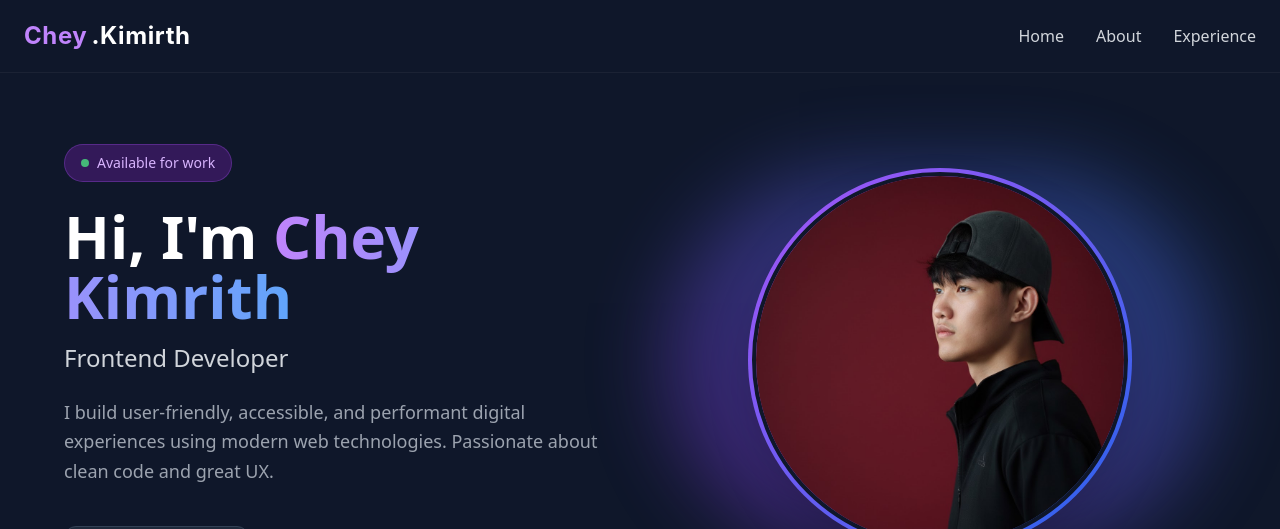
Repository: Kimrith/my-cv
Page: /
These files come from the project's save history. The page is drawn as it stood at one moment and after the next save; the edit follows.
The browser window is 1280 px wide. The pictures show the part of the page from y = 0 to 529 px (the page is 4190 px tall before and 3997 px after).
Pictures or frames that could not be fetched are drawn as grey boxes. Some web libraries are served in a nearby version. The project was rebuilt for these pictures with package versions that can differ from the ones it lists, and the page was loaded fresh each time. Also part of the build but not shown: vite.config.js, src/Layout/footer.jsx.

Above is the page before, as saved 2026-03-09 23:03:57.

### index.html
<!doctype html>
<html lang="en">
  <head>
    <meta charset="UTF-8" />
    <link rel="icon" type="image/svg+xml" href="/vite.svg" />
    <meta name="viewport" content="width=device-width, initial-scale=1.0" />
    <title>cv</title>
    <script src="https://cdn.tailwindcss.com"></script>
    <link rel="preconnect" href="https://fonts.googleapis.com" />
    <link rel="preconnect" href="https://fonts.gstatic.com" crossorigin />
    <link
      href="https://fonts.googleapis.com/css2?family=Poppins:wght@400;600;700&display=swap"
      rel="stylesheet"
    />
  </head>
  <body>
    <div id="root"></div>
    <script type="module" src="/src/main.jsx"></script>
  </body>
</html>

### src/main.jsx
import { StrictMode } from "react";
import { createRoot } from "react-dom/client";
import "./index.css";
import App from "./App.jsx";
import { BrowserRouter } from "react-router-dom";

createRoot(document.getElementById("root")).render(
  <StrictMode>
    <BrowserRouter>
      <App />
    </BrowserRouter>{" "}
  </StrictMode>,
);

### src/App.jsx
import React from "react";
import { Routes, Route } from "react-router-dom";
import Layout from "./Layout/layout";
import Home from "./Navigation/home";

export default function App() {
  return (
    <Routes>
      <Route path="/" element={<Layout />}></Route>
    </Routes>
  );
}

### src/Layout/layout.jsx
import React from "react";
import Home from "./home";
import Footer from "./footer";
import { Outlet } from "react-router-dom";

export default function Layout() {
  return (
    <div>
      <Home />
      <Outlet />
    </div>
  );
}

### src/Navigation/home.jsx
import me from "../assets/me.png";

export default function Homepage() {
  return (
    <section className="min-h-screen flex items-center justify-center px-4 py-12 relative overflow-hidden bg-slate-900">
      {/* Background Decor: Subtle purple glow */}
      <div className="absolute top-1/4 left-1/4 w-96 h-96 bg-purple-600/20 rounded-full blur-[120px] -z-10 pointer-events-none" />
      <div className="absolute bottom-1/4 right-1/4 w-96 h-96 bg-blue-600/10 rounded-full blur-[120px] -z-10 pointer-events-none" />

      <div className="max-w-6xl mx-auto grid md:grid-cols-2 gap-12 items-center">
        {/* Left Column: Text Content */}
        <div className="text-center md:text-left space-y-6 order-2 md:order-1">
          {/* Status Badge */}
          <div className="inline-flex items-center gap-2 px-4 py-2 rounded-full bg-purple-900/50 border border-purple-500/30 text-purple-300 text-sm font-medium mx-auto md:mx-0">
            <span className="w-2 h-2 rounded-full bg-green-400 animate-pulse"></span>
            Available for work
          </div>

          {/* Headline */}
          <div>
            <h1 className="text-4xl md:text-6xl font-bold text-white leading-tight">
              Hi, I'm{" "}
              <span className="text-transparent bg-clip-text bg-gradient-to-r from-purple-400 to-blue-400">
                Chey Kimrith
              </span>
            </h1>
            <p className="mt-4 text-xl md:text-2xl text-gray-300 font-light">
              Frontend Developer
            </p>
          </div>

          {/* Bio */}
          <p className="text-gray-400 text-lg leading-relaxed max-w-xl mx-auto md:mx-0">
            I build user-friendly, accessible, and performant digital
            experiences using modern web technologies. Passionate about clean
            code and great UX.
          </p>

          {/* Action Buttons */}
          <div className="flex flex-col sm:flex-row items-center justify-center md:justify-start gap-4 pt-4">
            <button className="w-full sm:w-auto px-8 py-3 bg-slate-800 hover:bg-slate-700 text-white font-semibold rounded-xl border border-slate-700 transition-all flex items-center justify-center gap-2">
              <svg
                xmlns="http://www.w3.org/2000/svg"
                className="h-5 w-5"
                fill="none"
                viewBox="0 0 24 24"
                stroke="currentColor"
              >
                <path
                  strokeLinecap="round"
                  strokeLinejoin="round"
                  strokeWidth={2}
                  d="M3 8l7.89 5.26a2 2 0 002.22 0L21 8M5 19h14a2 2 0 002-2V7a2 2 0 00-2-2H5a2 2 0 00-2 2v10a2 2 0 002 2z"
                />
              </svg>
              <a href="https://t.me/CheyKimrith" className="text-white">
                Contact Me
              </a>
            </button>
          </div>
        </div>

        {/* Right Column: Profile Image */}
        <div className="flex justify-center order-1 md:order-2 relative">
          {/* Decorative Ring */}
          <div className="absolute inset-0 bg-gradient-to-tr from-purple-600 to-blue-500 rounded-full blur-2xl opacity-30 animate-pulse"></div>

          <div className="relative w-72 h-72 md:w-96 md:h-96 rounded-full p-1 bg-gradient-to-br from-purple-500 to-blue-600 shadow-2xl">
            <img
              src={me}
              alt="Portrait of Chey Kimrith, Frontend Developer"
              className="w-full h-full rounded-full object-cover border-4 border-slate-900"
              loading="lazy"
            />
          </div>
        </div>
      </div>
    </section>
  );
}

### src/Layout/home.jsx
import React, { useState, useEffect } from "react";
import Homepage from "../Navigation/home";
import Aboutus from "../Navigation/aboutus";
import Experience from "../Navigation/exp";

// Simple SVG Icons
const MenuIcon = () => (
  <svg
    xmlns="http://www.w3.org/2000/svg"
    className="h-6 w-6"
    fill="none"
    viewBox="0 0 24 24"
    stroke="currentColor"
  >
    <path
      strokeLinecap="round"
      strokeLinejoin="round"
      strokeWidth={2}
      d="M4 6h16M4 12h16M4 18h16"
    />
  </svg>
);

const CloseIcon = () => (
  <svg
    xmlns="http://www.w3.org/2000/svg"
    className="h-6 w-6"
    fill="none"
    viewBox="0 0 24 24"
    stroke="currentColor"
  >
    <path
      strokeLinecap="round"
      strokeLinejoin="round"
      strokeWidth={2}
      d="M6 18L18 6M6 6l12 12"
    />
  </svg>
);

export default function Home() {
  const [isMenuOpen, setIsMenuOpen] = useState(false);
  const [isScrolled, setIsScrolled] = useState(false);

  // Handle scroll effect for navbar
  useEffect(() => {
    const handleScroll = () => {
      setIsScrolled(window.scrollY > 20);
    };
    window.addEventListener("scroll", handleScroll);
    return () => window.removeEventListener("scroll", handleScroll);
  }, []);

  // Smooth scroll handler
  const scrollToSection = (id) => {
    const element = document.getElementById(id);
    if (element) {
      element.scrollIntoView({ behavior: "smooth" });
      setIsMenuOpen(false);
    }
  };

  return (
    // Main Background: Dark Gray/Slate
    <div className="min-h-screen bg-slate-900 text-gray-100 font-sans selection:bg-purple-500 selection:text-white">
      {/* Navbar */}
      <nav
        className={`fixed w-full z-50 transition-all duration-300 border-b border-white/5 ${
          isScrolled
            ? "bg-slate-900/90 backdrop-blur-md shadow-lg py-3"
            : "bg-transparent py-5"
        }`}
      >
        <div className="max-w-7xl mx-auto px-6 flex items-center justify-between">
          {/* Logo */}
          <div
            style={{ fontFamily: "Inter, sans-serif" }}
            className="text-2xl font-bold cursor-pointer flex items-center gap-1 tracking-wide"
            onClick={() => scrollToSection("home")}
          >
            <span className="text-purple-400">Chey</span>
            <span className="text-white">.Kimirth</span>
          </div>

          {/* Desktop Menu */}
          <div className="hidden md:flex items-center gap-8">
            {["Home", "About", "Experience"].map((item) => (
              <button
                key={item}
                onClick={() => scrollToSection(item.toLowerCase())}
                className="text-gray-300 hover:text-purple-400 font-medium transition-colors duration-200"
              >
                {item}
              </button>
            ))}
          </div>

          {/* Mobile Menu Button */}
          <div className="md:hidden">
            <button
              onClick={() => setIsMenuOpen(!isMenuOpen)}
              className="text-gray-300 hover:text-white focus:outline-none"
              aria-label="Toggle menu"
            >
              {isMenuOpen ? <CloseIcon /> : <MenuIcon />}
            </button>
          </div>
        </div>

        {/* Mobile Dropdown - Dark Background */}
        {isMenuOpen && (
          <div className="md:hidden absolute top-full left-0 w-full bg-slate-800 border-b border-white/10 shadow-xl">
            <div className="flex flex-col p-6 gap-4">
              {["Home", "About", "Experience"].map((item) => (
                <button
                  key={item}
                  onClick={() => scrollToSection(item.toLowerCase())}
                  className="text-left text-gray-300 font-medium hover:text-purple-400 py-2 transition-colors"
                >
                  {item}
                </button>
              ))}
            </div>
          </div>
        )}
      </nav>

      {/* Page Content */}
      <main>
        <section id="home">
          {/* Optional: Background Glow Effect */}
          <div className="absolute top-1/2 left-1/2 -translate-x-1/2 -translate-y-1/2 w-[500px] h-[500px] bg-purple-600/20 rounded-full blur-[100px] -z-10 pointer-events-none"></div>

          <Homepage />
        </section>

        <section
          id="about"
          className="min-h-screen bg-slate-800/50 flex items-center justify-center border-t border-white/5"
        >
          <Aboutus />
        </section>

        <section
          id="experience"
          className="min-h-screen bg-slate-800/50 flex items-center justify-center border-t border-white/5"
        >
          <Experience />
        </section>
      </main>
    </div>
  );
}

### src/Navigation/aboutus.jsx
export default function Aboutus() {
  const aboutData = {
    personal: {
      name: "Chey Kimrith",
      bio: [
        {
          type: "paragraph",
          content: `Hi, I'm <span class="text-purple-400 font-medium">Chey Kimrith</span>, a Frontend Developer who loves building modern, responsive, and user-friendly web applications. I enjoy turning ideas into clean interfaces using React and Tailwind CSS.`,
        },
        {
          type: "paragraph",
          content: `I am a creative and motivated Frontend Web Developer with a
        strong foundation in web technologies. With 3 Months of
        experience at the <a href="https://www.interior.gov.kh/en"
        <span class="text-purple-400 font-medium
        underline underline-offset-4 decoration-purple-500/50
        hover:decoration-purple-400 transition-all cursor-pointer">
        Ministry of Interior</span></a>
        , I have developed a solid
        understanding of building responsive and user-friendly web
        applications. I am passionate about creating clean interfaces, solving
        problems, and continuously improving my skills. I have experience
        working with modern frontend tools and enjoy turning ideas into
        functional designs. I am eager to apply my knowledge and grow in a
        professional environment where I can contribute to innovative and
        impactful digital solutions.`,
        },
      ],
    },
    skills: {
      frontend: {
        title: "Frontend",
        icon: (
          <svg
            className="w-4.5 h-4.5 text-purple-400"
            fill="none"
            stroke="currentColor"
            viewBox="0 0 24 24"
          >
            <path
              strokeLinecap="round"
              strokeLinejoin="round"
              strokeWidth={2}
              d="M9.75 17L9 20l-1 1h8l-1-1-.75-3M3 13h18M5 17h14a2 2 0 002-2V5a2 2 0 00-2-2H5a2 2 0 00-2 2v10a2 2 0 002 2z"
            />
          </svg>
        ),
        skills: [
          "HTML",
          "CSS",
          "JavaScript",
          "React",
          "Tailwind",
          "Bootstrap",
          "Angular",
        ],
      },
      backend: {
        title: "Backend",
        icon: (
          <svg
            className="w-4.5 h-4.5 text-blue-400"
            fill="none"
            stroke="currentColor"
            viewBox="0 0 24 24"
          >
            <path
              strokeLinecap="round"
              strokeLinejoin="round"
              strokeWidth={2}
              d="M5 12h14M5 12a2 2 0 01-2-2V6a2 2 0 012-2h14a2 2 0 012 2v4a2 2 0 01-2 2M5 12a2 2 0 00-2 2v4a2 2 0 002 2h14a2 2 0 002-2v-4a2 2 0 00-2-2m-2-4h.01M17 16h.01"
            />
          </svg>
        ),
        skills: ["Node.js", "Express", "NestJS"],
      },
      database: {
        title: "Database",
        icon: (
          <svg
            className="w-4.5 h-4.5 text-emerald-400"
            fill="none"
            stroke="currentColor"
            viewBox="0 0 24 24"
          >
            <path
              strokeLinecap="round"
              strokeLinejoin="round"
              strokeWidth={2}
              d="M4 7v10c0 2.21 3.582 4 8 4s8-1.79 8-4V7M4 7c0 2.21 3.582 4 8 4s8-1.79 8-4M4 7c0-2.21 3.582-4 8-4s8 1.79 8 4m0 5c0 2.21-3.582 4-8 4s-8-1.79-8-4"
            />
          </svg>
        ),
        skills: ["MongoDB", "MySQL"],
      },
      tools: {
        title: "Tools",
        icon: (
          <svg
            className="w-4.5 h-4.5 text-red-400"
            fill="none"
            stroke="currentColor"
            viewBox="0 0 24 24"
          >
            <path
              strokeLinecap="round"
              strokeLinejoin="round"
              strokeWidth={2}
              d="M12 6V3m0 3v3m0-3h3m-3 0H9m12 6v-3m0 3v3m0-3h3m-3 0h-3m-9 6V9m0 3v3m0-3H3m3 0h3m9-9l-3 3m0 0l3 3m-3-3l-3-3m3 3l3-3"
            />
          </svg>
        ),
        skills: ["Git", "GitHub", "VS Code", "Apache Netbeans", "Figma"],
      },
    },
    school: [
      {
        icon: "M12 3L1 9l11 6 9-4.91V17h2V9L12 3z",
        label: "2019 - 2024",
        desc: "Sovanaphumi",
      },
      {
        icon: "M12 3L1 9l11 6 9-4.91V17h2V9L12 3z",
        label: "2024 - Present (Year 4)",
        desc: "SETEC Institute",
      },
    ],
  };

  const SkillPill = ({ skill }) => (
    <span className="px-3 py-1.5 bg-purple-900/40 border border-purple-500/30 rounded-lg text-sm text-purple-300 hover:bg-purple-500/20 hover:border-purple-400 transition-colors cursor-default flex items-center gap-1.5">
      <span className="w-1.5 h-1.5 rounded-full bg-purple-400"></span>
      {skill}
    </span>
  );

  const StatBox = ({ stat }) => (
    <div className="bg-slate-800/30 border border-white/5 rounded-xl p-4 text-center hover:border-purple-500/30 transition-colors">
      <div className="w-10 h-10 mx-auto mb-2 rounded-lg bg-purple-500/20 flex items-center justify-center">
        <svg
          className="w-5 h-5 text-purple-400"
          fill="none"
          stroke="currentColor"
          viewBox="0 0 24 24"
        >
          <path
            strokeLinecap="round"
            strokeLinejoin="round"
            strokeWidth={2}
            d={stat.icon}
          />
        </svg>
      </div>
      <p className="text-white font-semibold text-sm">{stat.label}</p>
      <p className="text-gray-500 text-xs">{stat.desc}</p>
    </div>
  );
  return (
    <section className="py-16 max-sm:py-16 max-sm:px-4 max-sm:bg-slate-900 relative">
      <div
        className="absolute inset-0 bg-no-repeat bg-center"
        style={{
          backgroundImage: "url('/path/to/your/background-pattern.svg')", // Add a subtle background pattern
          opacity: "0.05",
        }}
      ></div>
      <div className="max-w-4xl mx-auto relative">
        {/* Section Header with Icon */}
        <div className="flex items-center justify-center gap-3 mb-10">
          <div className="w-10 h-10 rounded-xl bg-purple-500/20 flex items-center justify-center">
            <svg
              className="w-5 h-5 text-purple-400"
              fill="none"
              stroke="currentColor"
              viewBox="0 0 24 24"
            >
              <path
                strokeLinecap="round"
                strokeLinejoin="round"
                strokeWidth={2}
                d="M16 7a4 4 0 11-8 0 4 4 0 018 0zM12 14a7 7 0 00-7 7h14a7 7 0 00-7-7z"
              />
            </svg>
          </div>
          <h2 className="text-3xl md:text-4xl font-bold text-white">
            About <span className="text-purple-400">Me</span>
          </h2>
        </div>

        {/* Bio Content */}
        <div className="bg-slate-800/40 border border-white/5 rounded-2xl p-6 md:p-8 mb-12">
          <div className="flex items-start gap-4">
            <div className="flex-shrink-0 mt-1">
              <svg
                className="w-5 h-5 text-purple-400"
                fill="none"
                stroke="currentColor"
                viewBox="0 0 24 24"
              >
                <path
                  strokeLinecap="round"
                  strokeLinejoin="round"
                  strokeWidth={2}
                  d="M8 12h.01M12 12h.01M16 12h.01M21 12c0 4.418-4.03 8-9 8a9.863 9.863 0 01-4.255-.949L3 20l1.395-3.72C3.512 15.042 3 13.574 3 12c0-4.418 4.03-8 9-8s9 3.582 9 8z"
                />
              </svg>
            </div>
            <div className="space-y-4 text-left">
              {aboutData.personal.bio.map((item, index) => (
                <p
                  key={index}
                  className="text-gray-300 text-lg leading-relaxed"
                  dangerouslySetInnerHTML={{ __html: item.content }}
                ></p>
              ))}
            </div>
          </div>
        </div>

        {/* Skills Section */}
        <div className="flex items-center justify-center gap-3 mb-10">
          <div className="w-10 h-10 rounded-xl bg-purple-500/20 flex items-center justify-center">
            <svg
              className="w-5 h-5 text-purple-400"
              fill="none"
              stroke="currentColor"
              viewBox="0 0 24 24"
            >
              <path
                strokeLinecap="round"
                strokeLinejoin="round"
                strokeWidth={2}
                d="M12 2l3 7h7l-5.5 4.5L18 21l-6-3.5L6 21l1.5-7.5L2 9h7l3-7z"
              />
            </svg>
          </div>
          <h2 className="text-3xl md:text-4xl font-bold text-white">
            Expertise
          </h2>
        </div>
        <div className="space-y-6">
          {Object.values(aboutData.skills).map((category) => (
            <div
              key={category.title}
              className="bg-slate-800/30 border border-white/5 rounded-xl p-5 hover:border-purple-500/30 transition-colors"
            >
              <div className="flex items-center gap-3 mb-4">
                <div className="w-9 h-9 rounded-lg bg-purple-500/20 flex items-center justify-center flex-shrink-0">
                  {category.icon}
                </div>
                <h3 className="text-lg font-semibold text-white">
                  {category.title}
                </h3>
              </div>
              <div className="flex flex-wrap gap-2">
                {category.skills.map((skill) => (
                  <SkillPill key={skill} skill={skill} />
                ))}
              </div>
            </div>
          ))}
        </div>

        {/* School */}
        <div className="mt-12 grid grid-cols-2 md:grid-cols-4 gap-4">
          {aboutData.school.map((stat) => (
            <StatBox key={stat.label} stat={stat} />
          ))}
        </div>
      </div>
    </section>
  );
}

Loaded but not shown: src/Navigation/exp.jsx (412 lines, source omitted); src/index.css (no stored copy; drawn as an empty file)

After the next save:
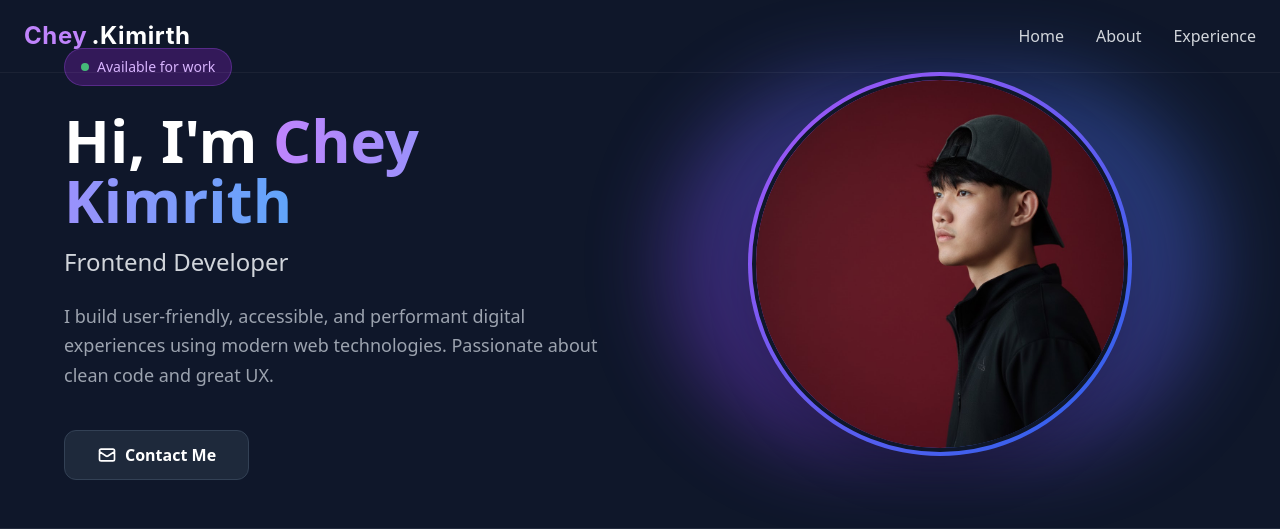
Saved 7 s later.
--- a/src/Navigation/home.jsx
+++ b/src/Navigation/home.jsx
@@ -2,7 +2,7 @@
 
 export default function Homepage() {
   return (
-    <section className="min-h-screen flex items-center justify-center px-4 py-12 relative overflow-hidden bg-slate-900">
+    <section className="w-full flex items-center justify-center px-4 py-12 relative overflow-hidden bg-slate-900">
       {/* Background Decor: Subtle purple glow */}
       <div className="absolute top-1/4 left-1/4 w-96 h-96 bg-purple-600/20 rounded-full blur-[120px] -z-10 pointer-events-none" />
       <div className="absolute bottom-1/4 right-1/4 w-96 h-96 bg-blue-600/10 rounded-full blur-[120px] -z-10 pointer-events-none" />

After the save that followed:
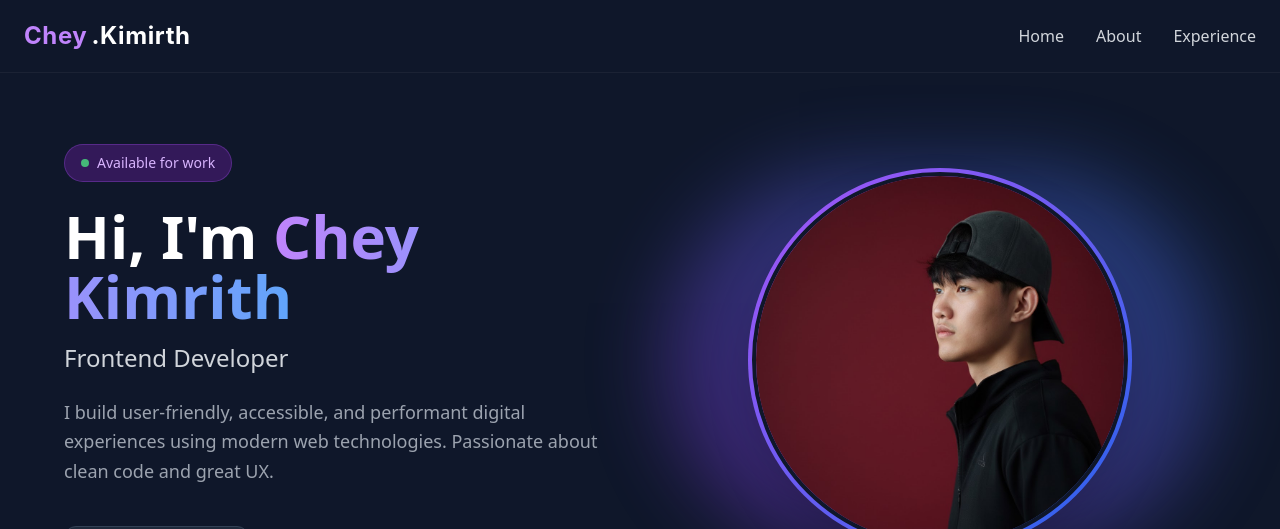
Saved 8 s later.
--- a/src/Navigation/home.jsx
+++ b/src/Navigation/home.jsx
@@ -2,7 +2,7 @@
 
 export default function Homepage() {
   return (
-    <section className="w-full flex items-center justify-center px-4 py-12 relative overflow-hidden bg-slate-900">
+    <section className="min-h-screen flex items-center justify-center px-4 py-12 relative overflow-hidden bg-slate-900">
       {/* Background Decor: Subtle purple glow */}
       <div className="absolute top-1/4 left-1/4 w-96 h-96 bg-purple-600/20 rounded-full blur-[120px] -z-10 pointer-events-none" />
       <div className="absolute bottom-1/4 right-1/4 w-96 h-96 bg-blue-600/10 rounded-full blur-[120px] -z-10 pointer-events-none" />
